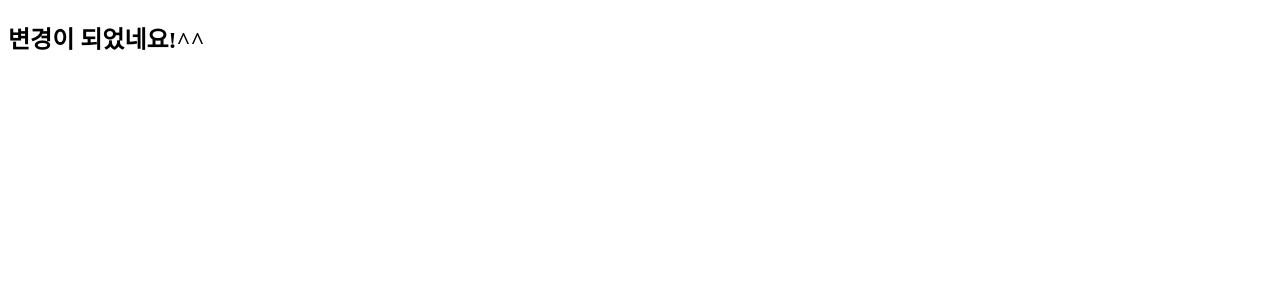
Repository: buildadoor/eclipse
Page: jspexp/src/main/webapp/a01_javascript/a01_basic/a04_js_inout.html
These files come from the project's save history. The page is drawn as it stood at one moment and after the next save; the edit follows.
The browser window is 1280 px wide. The pictures show the whole page.

Above is the page before, as saved 2022-11-14 02:15:11.

### jspexp/src/main/webapp/a01_javascript/a01_basic/a04_js_inout.html
<!DOCTYPE html>
<html>
<head>
<meta charset="UTF-8">
<title>Insert title here</title>
<style type="text/css">
/*

*/
</style>
<script type="text/javascript">
	// 상단에 선언하는 부분
	// 화면 body가 로딩되기 전에 처리할 부분
	// 선언적 함수를 선언하여 하단 body에서 이벤트 형식으로
	// 호출하여 처리할 때, 주로 사용된다.


</script>

</head>
<body>
	<h2>안녕하세요</h2>
</body>
<script type="text/javascript">
	//body가 로딩된 후에 처리할 부분
	/*
	#js 기본 출력 형식
	1. 경고창
		alert ("출력내용");
	2. console출력
		f12으로 console 확인
		console.log("출력내용")
	3. 화면 출력
		document.write("출력내용")
		==> body하단에 DOM객체로 특정 요소객체 접근해서
		처리
		document.querySelector("hi").innerText="안녕하세요"
	//DOM객체는 body가 순차적으로 로딩된 상황에서 인식이 가능하다.
		*/

	//DOM객체를 인식할 수 있는 상황
document.querySelector("h2").innerText="변경이 되었네요!^^"
	</script>
</html>

After the next save:
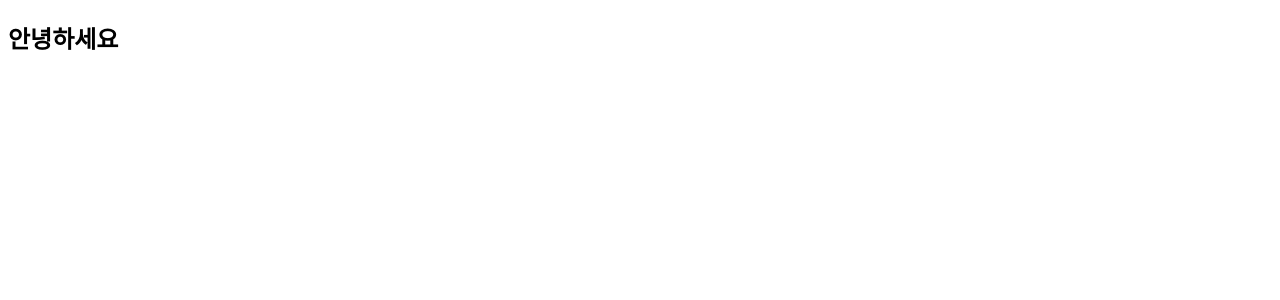
Console error: SyntaxError: Unexpected string
Saved 3 min 4 s later.
--- a/jspexp/src/main/webapp/a01_javascript/a01_basic/a04_js_inout.html
+++ b/jspexp/src/main/webapp/a01_javascript/a01_basic/a04_js_inout.html
@@ -38,7 +38,17 @@
 	//DOM객체는 body가 순차적으로 로딩된 상황에서 인식이 가능하다.
 		*/
 
+
+document.querySelector("h2").innerText="변경이 되었네요!^^"
+	/*
+	# 입력 형식
+	1. prompt("입력시 타이틀","default입력값")
+		리턴내용으로 데이터(문자열)을 입력받아서 처리할 수 있다.
+	2. confirm("입력시 타이틀")
+		리턴내용으로 boolean(true/false)를 확인과 취소에 의해서 처리할 수 있다.
+	*/
+	var fruit = promt("좋아하는 과일을 입력하세요!"."여기에");
+
 	//DOM객체를 인식할 수 있는 상황
-document.querySelector("h2").innerText="변경이 되었네요!^^"
 	</script>
 </html>

After the save that followed:
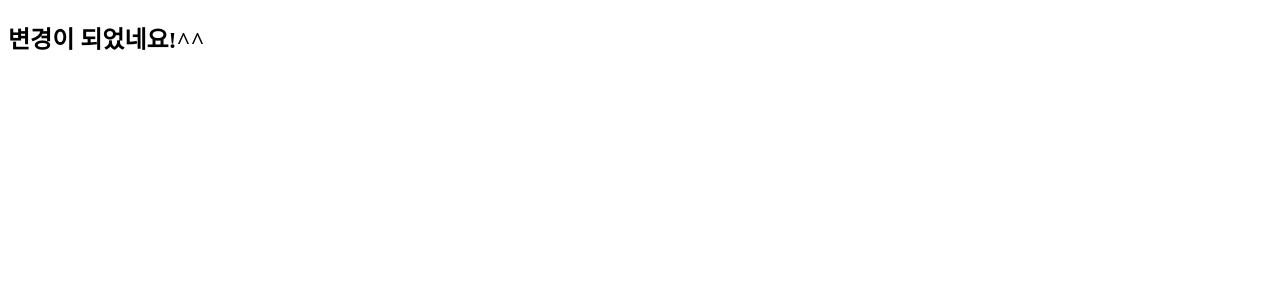
Console error: ReferenceError: promt is not defined
Saved 36 s later.
--- a/jspexp/src/main/webapp/a01_javascript/a01_basic/a04_js_inout.html
+++ b/jspexp/src/main/webapp/a01_javascript/a01_basic/a04_js_inout.html
@@ -47,7 +47,8 @@
 	2. confirm("입력시 타이틀")
 		리턴내용으로 boolean(true/false)를 확인과 취소에 의해서 처리할 수 있다.
 	*/
-	var fruit = promt("좋아하는 과일을 입력하세요!"."여기에");
+	var fruit = promt("좋아하는 과일을 입력하세요!","없음");
+		document.querySelector("h2").innerText="좋아하는 과일:"+fruit
 
 	//DOM객체를 인식할 수 있는 상황
 	</script>
